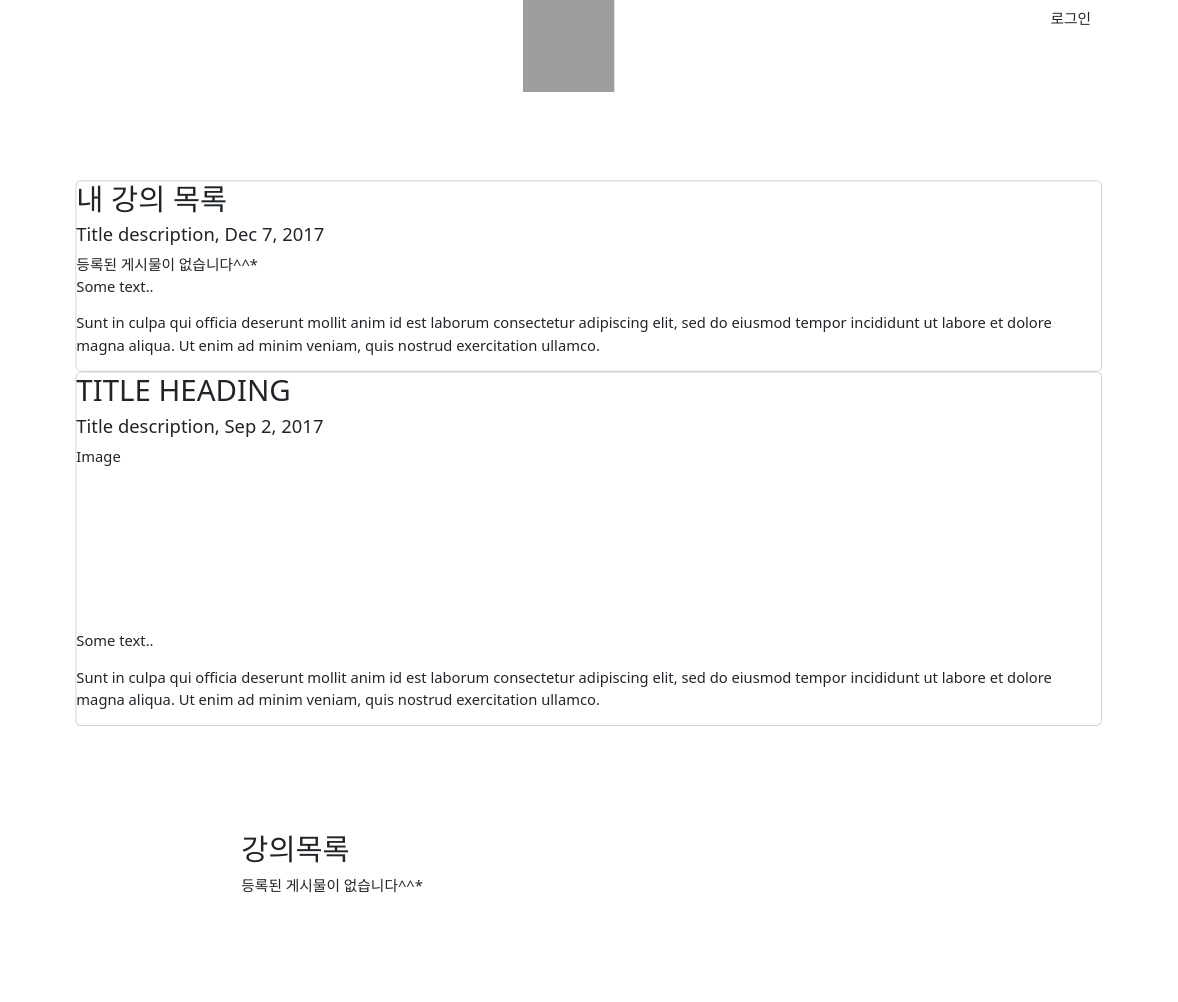
Repository: seonminpark100/CodeCampus
Page: http://localhost/LMSProject/WEB-INF/views/prof/prof.jsp
The author's editor kept a copy of each file at every save. The page is drawn from the files as they stood at one save, then again after the next save.
The browser window is 1280 px wide. The pictures show the whole page, at 92% of full size.
Pictures or frames that could not be fetched are drawn as grey boxes. The page is served by Tomcat 10. Nobody is signed in. Other server files are loaded and not shown. The template is opened directly, without the code that normally fills it, so the values that code supplies are empty.

Above is the page before, as saved 2025-07-11 06:06:15.

### LMSProject/src/main/webapp/WEB-INF/views/prof/prof.jsp
<%@ page language="java" contentType="text/html; charset=UTF-8"
    pageEncoding="UTF-8"%>
<%@ taglib uri="http://www.springframework.org/security/tags" prefix="s" %>
<!DOCTYPE html>
<html>
	<head>
		<meta http-equiv="Content-Type" content="text/html; charset=UTF-8" />
		<title>OO대학교 eCampus</title>
		<style type="text/css">
		.bl-left { position:relative; float:left; width:50%; height:300px; display: flex; justify-content: center; align-items: center; }
		.bl-right{ position:relative; float:right; width:50%; height:300px; display: flex; justify-content: center; align-items: center; }
		</style>
		<script>
		function gotoList(){
	        let pageMoveForm = document.createElement('form');
	        /* // 인수값넣을경우
	        let obj = document.createElement('input');
	   		 obj.setAttribute('type', 'hidden');
	  		 obj.setAttribute('name', 'userid');
	  		 obj.setAttribute('value', userid);
	         pageMoveForm.appendChild(obj);
	        */
	        pageMoveForm.setAttribute('method', 'post');
	        pageMoveForm.setAttribute('action', '/test/list.do');
	        document.body.appendChild(pageMoveForm);
	        pageMoveForm.submit();
	    }
		</script>
	</head>
	<body>
	<div class="container">
	<%@ include file = "top.jsp" %>
	<div class="row">
	  <div class="leftcolumn">
	    <div class="card">
	      <h2>내 강의 목록</h2>
	      <h5>Title description, Dec 7, 2017</h5>
	      <c:choose>
		  	<c:when test="${ empty lists }">
		        <tr>
		            <td colspan="5" align="center">
		                등록된 게시물이 없습니다^^*
		            </td>
		        </tr>
		    </c:when>
		    <c:otherwise>
		        <c:forEach items="${ lists }" var="row" varStatus="loop">
			        <tr align="center">
		            <a href="./submain.do?lectureCode=${row.lecture_code}">${ row.lecture_name }</a> <br/>
		        </tr>
		        </c:forEach>
		    </c:otherwise>
		  </c:choose>

	      <p>Some text..</p>
	      <p>Sunt in culpa qui officia deserunt mollit anim id est laborum consectetur adipiscing elit, sed do eiusmod tempor incididunt ut labore et dolore magna aliqua. Ut enim ad minim veniam, quis nostrud exercitation ullamco.</p>
	    </div>
	    <div class="card">
	      <h2>TITLE HEADING</h2>
	      <h5>Title description, Sep 2, 2017</h5>
	      <div class="fakeimg" style="height:200px;">Image</div>
	      <p>Some text..</p>
	      <p>Sunt in culpa qui officia deserunt mollit anim id est laborum consectetur adipiscing elit, sed do eiusmod tempor incididunt ut labore et dolore magna aliqua. Ut enim ad minim veniam, quis nostrud exercitation ullamco.</p>
	    </div>
	  </div>



  </div>
</div>


		<div class="container">
				<div class="bl-left">
				    <span class="bluelight">
				        <h2>강의목록</h2>
				        <c:choose>
					    <c:when test="${ empty lists }">
					        <tr>
					            <td colspan="5" align="center">
					                등록된 게시물이 없습니다^^*
					            </td>
					        </tr>
					    </c:when>
					    <c:otherwise>
					        <c:forEach items="${ lists }" var="row" varStatus="loop">
					            <p><a href="./submain.do?lectureCode=${row.lecture_code}">${ row.lecture_name }</a></p><br/>
					        </c:forEach>
					    </c:otherwise>
					</c:choose>
				    </span>
				</div>
			</div>
		</div>

	</body>
</html>

### LMSProject/src/main/webapp/WEB-INF/views/prof/top.jsp
<%@ page language="java" contentType="text/html; charset=UTF-8"
    pageEncoding="UTF-8"%>
<%@ taglib prefix="sec" uri="http://www.springframework.org/security/tags" %>
<%@ taglib prefix="c" uri="http://java.sun.com/jsp/jstl/core"%>

<sec:authorize access="isAuthenticated()">
	<sec:authentication property="principal" var="principal"/>
</sec:authorize>
<!-- CDN 방식: Bootstrap, jQuery -->
<script src="https://ajax.googleapis.com/ajax/libs/jquery/3.7.1/jquery.min.js"></script>
<link href="https://cdn.jsdelivr.net/npm/bootstrap@5.3.6/dist/css/bootstrap.min.css" rel="stylesheet">
<script src="https://cdn.jsdelivr.net/npm/bootstrap@5.3.6/dist/js/bootstrap.bundle.min.js"></script>

<style>
 .img-concert {
   width: 100px;
   height: 100px;
 }

 .login {
 	float: right;
 }
</style>

<div class="container" align="center">
	<div class="login">
		<c:choose>
		    <c:when test="${empty principal}">
		        <ul class="navbar-nav">
		            <li class="nav-item"><a class="nav-link" href="/myLogin.do">로그인</a></li>
		        </ul>
		    </c:when>
		    <c:otherwise>
		        <ul class="navbar-nav">
			        <li class="nav-item"><a class="nav-link" href="/prof/mypage.do">마이페이지</a></li>
		        </ul>
		        <ul class="navbar-nav">
		            <li class="nav-item"><a class="nav-link" href="/myLogout.do">로그아웃</a></li>
		        </ul>
		         <ul class="navbar-nav">
			        <li class="nav-item"><a class="nav-link" href="/prof/index.do">내 강의실</a></li>
		        </ul>
		    </c:otherwise>
	    </c:choose>
	</div>
	<a href="/prof/index.do">
	 	<img class="img-concert" src="../images/logo.jpeg" />
	</a>
	<br/><br/>

	<br/><br/><br/>
</div>

After the next save:
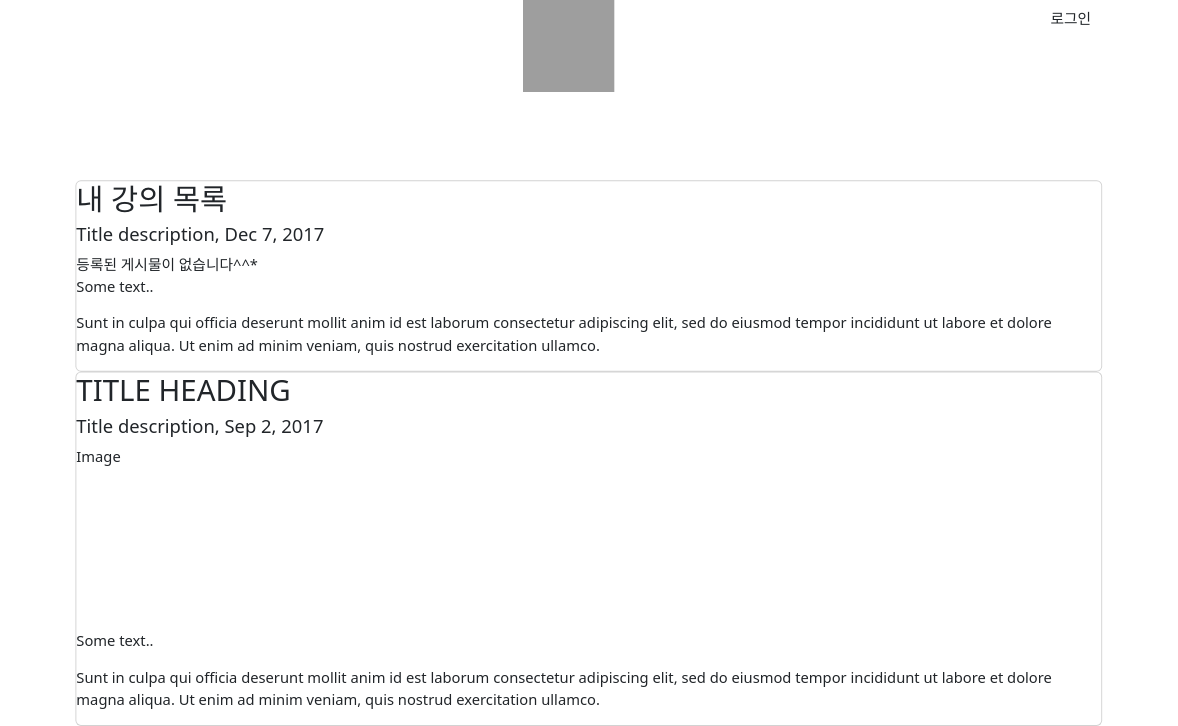
Saved 18 s later.
--- a/LMSProject/src/main/webapp/WEB-INF/views/prof/prof.jsp
+++ b/LMSProject/src/main/webapp/WEB-INF/views/prof/prof.jsp
@@ -70,7 +70,7 @@
 </div>
 
 
-		<div class="container">
+<%-- 		<div class="container">
 				<div class="bl-left">
 				    <span class="bluelight">
 				        <h2>강의목록</h2>
@@ -91,7 +91,7 @@
 				    </span>
 				</div>
 			</div>
-		</div>
+		</div> --%>
 
 	</body>
 </html>
